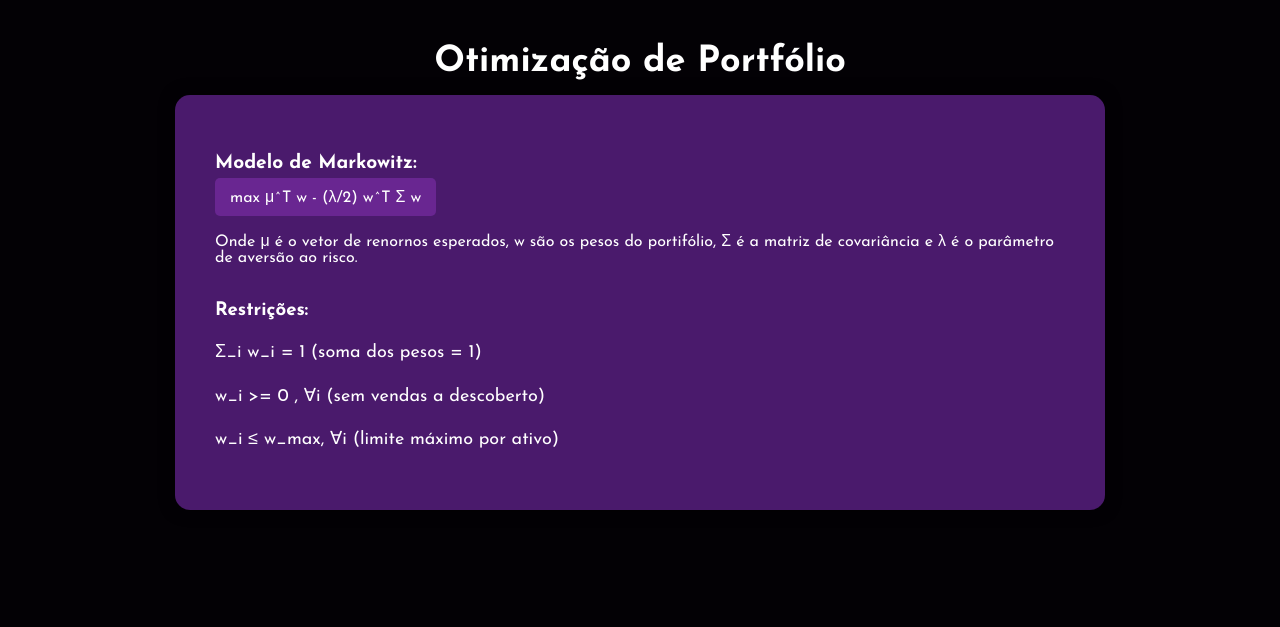
Repository: Everson9/Projeto-de-escalabilidade-quantica-definitivo
Page: Portifolio.html
These files come from the project's save history. The page is drawn as it stood at one moment and after the next save; the edit follows.
The browser window is 1280 px wide. The pictures show the whole page.

Above is the page before, as saved 2025-10-01 10:27:06.

After the next save:
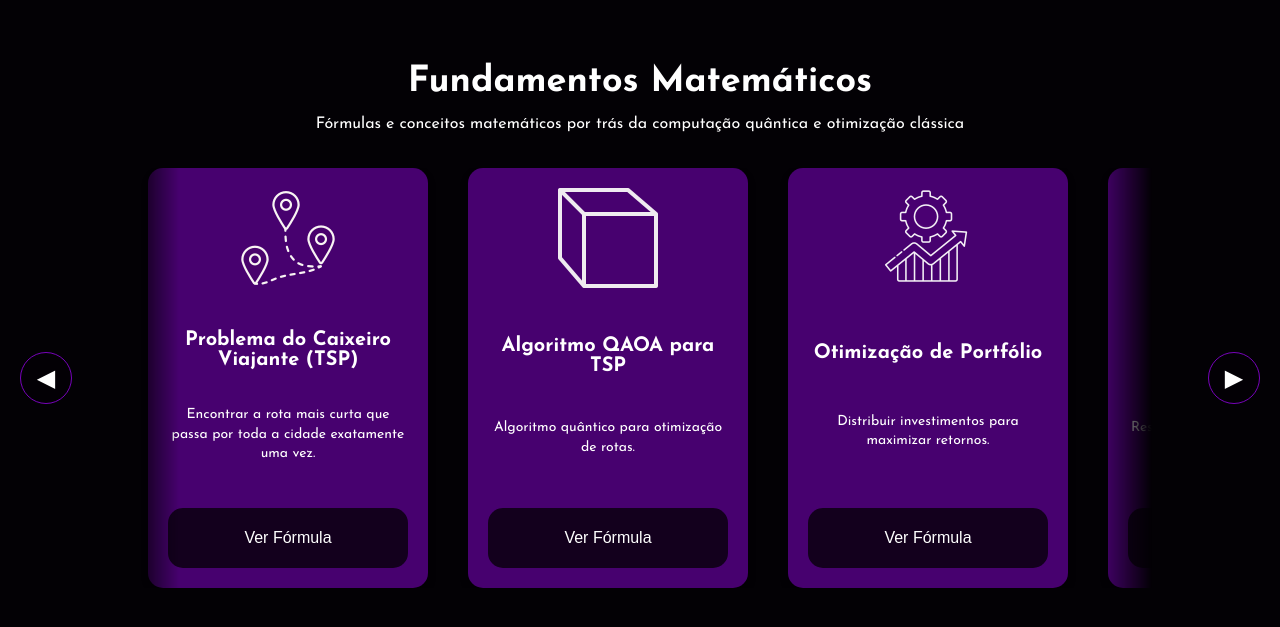
Not found: script.js
Saved 4 min 41 s later.
--- a/Portifolio.html
+++ b/Portifolio.html
@@ -1,40 +1,64 @@
 <!DOCTYPE html>
-<html lang="PT-BR">
+<html lang="pt-br">
 <head>
     <meta charset="UTF-8">
     <meta name="viewport" content="width=device-width, initial-scale=1.0">
-    <title>Otimização de Portfólio</title>
-     <link rel="stylesheet" href="Portifolio.css">
-     <link href="https://fonts.googleapis.com/css2?family=Josefin+Sans:wght@400;700&display=swap" rel="stylesheet">
-</head>
+    <title>Fundamentos Matemáticos</title>
+    <link rel="stylesheet" href="fundamentos.css">
+    <link href="https://fonts.googleapis.com/css2?family=Josefin+Sans:wght@400;700&display=swap" rel="stylesheet">
 </head>
 <body>
 
-    <h1>Otimização de Portfólio</h1>
-    <div class="objetivo">
+    <div class="fundamentos-matematicos">
+        <h1>Fundamentos Matemáticos</h1>
+        <p>Fórmulas e conceitos matemáticos por trás da computação quântica e otimização clássica</p>
+    </div>
 
+    <!-- Wrapper para o carrossel e as setas -->
+    <div class="carousel-wrapper">
+        <!-- Seta Esquerda -->
+        <div id="prev-btn" class="carousel-btn">&#9664;</div>
 
- <!-- BLOCO 1: Modelo de Markowitz: -->
-        <div class="conteudo">
-            <p class="titulo-bloco">Modelo de Markowitz:</p>
-            <div class="miniquadrado">max μ^T w - (λ/2) w^T Σ w</div>
-            <p class="descricao">Onde  μ é o vetor de renornos esperados, w são os pesos do portifólio,  Σ é a matriz de covariância e λ é o parâmetro de aversão ao risco.  </p>
+        <!-- Container do Carrossel -->
+        <div class="carousel-container">
+            <div class="carousel-track">
+                <!-- Cards Originais (Apenas os 4 originais são necessários, o JS cuidará da clonagem) -->
+                <div class="formula_1">
+                    <img src="imgs_icones/CaixeiroViajante.png" alt="Ícone do Problema do Caixeiro Viajante">
+                    <h4>Problema do Caixeiro Viajante (TSP)</h4>
+                    <p>Encontrar a rota mais curta que passa por toda a cidade exatamente uma vez.</p>
+                    <button class="button"><a href="caixeiroviajante.html">Ver Fórmula</a></button>
+                </div>
+                <div class="formula_1">
+                    <img src="imgs_icones/QAOA.png" alt="Ícone do Algoritmo QAOA">
+                    <h4>Algoritmo QAOA para TSP</h4>
+                    <p>Algoritmo quântico para otimização de rotas.</p>
+                    <button class="button"><a href="AlgoritmoQAOA.html">Ver Fórmula</a></button>
+                </div>
+                <div class="formula_1">
+                    <img src="imgs_icones/OtimizacaoPortfolio.png" alt="Ícone de Otimização de Portfólio">
+                    <h4>Otimização de Portfólio</h4>
+                    <p>Distribuir investimentos para maximizar retornos.</p>
+                    <button class="button"><a href="Portifolio.html">Ver Fórmula</a></button>
+                </div>
+                <div class="formula_1">
+                    <img src="imgs_icones/ComplexidadeComputacional.png" alt="Ícone de Complexidade Computacional">
+                    <h4>Complexidade Computacional</h4>
+                    <p>Resolver problemas que crescem com muitos elementos.</p>
+                    <button class="button"><a href="Complexidade.html">Ver Fórmula</a></button>
+                </div>
+            </div>
         </div>
 
-        <div class="restricoes">
-        <h3>Restrições:</h3>
-        <div class="restricao">
-            <p>Σ_i w_i = 1 (soma dos pesos = 1)</p>
-        </div>
-        <div class="restricao">
-            <p>w_i >= 0 , ∀i (sem vendas a descoberto)</p>
-        </div>
-        <div class="restricao">
-            <p>w_i ≤ w_max, ∀i (limite máximo por ativo)</p>
-        </div>
+        <!-- Seta Direita -->
+        <div id="next-btn" class="carousel-btn">&#9654;</div>
     </div>
 
-    </div>
+    <!-- NOVO: Container para os indicadores (pontos) -->
+    <div class="carousel-indicators"></div>
+
+    <!-- Adicionando o arquivo JavaScript -->
+    <script src="script.js"></script>
 
 </body>
 </html>
